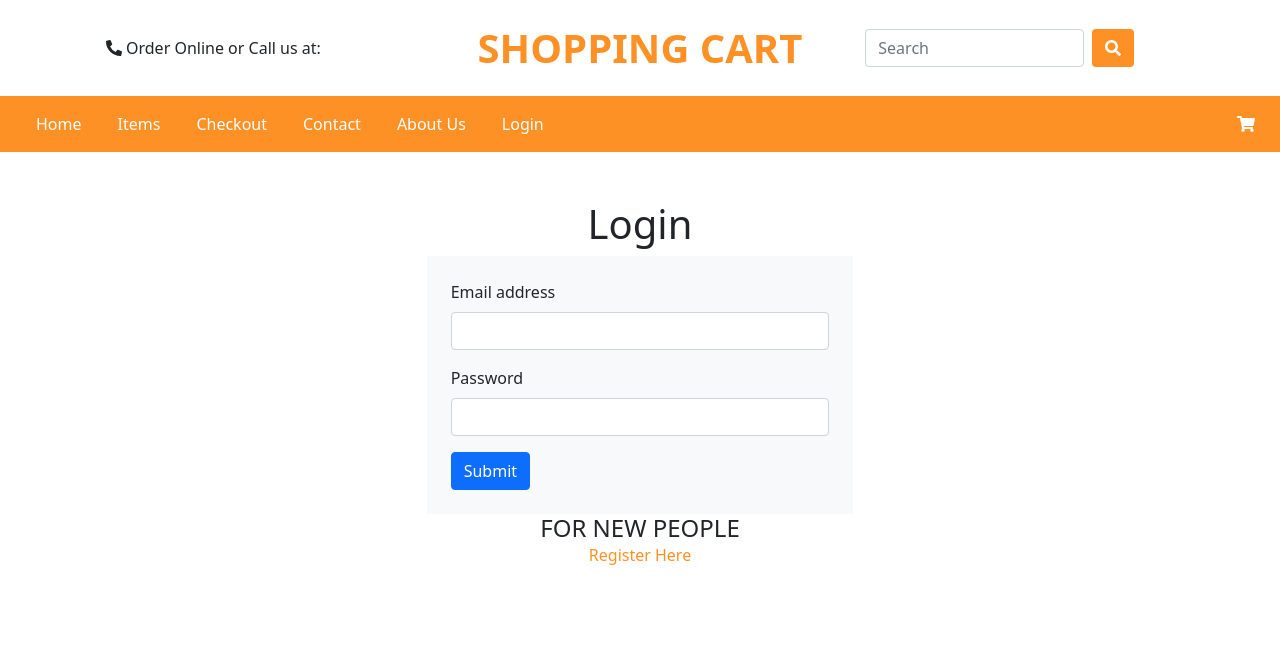
Repository: SaudCh/React-Ecommerce
Page: /login
These files come from the project's save history. The page is drawn as it stood at one moment and after the next save; the edit follows.
The browser window is 1280 px wide. The pictures show the whole page.
The project was rebuilt for these pictures with package versions that can differ from the ones it lists, and the page was loaded fresh each time. Also part of the build but not shown: src/App.css, src/Home/Carousel.jsx, src/Home/home.jsx.

Above is the page before, as saved 2021-12-05 19:20:05.

After the next save:
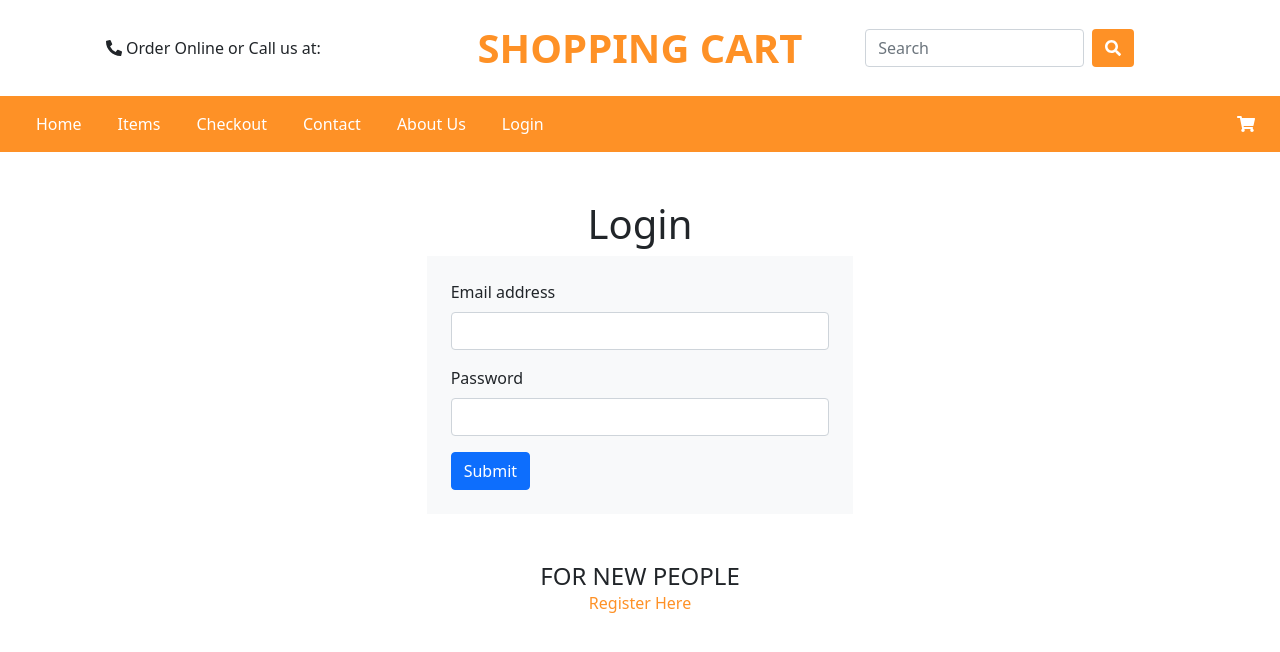
Saved 13 s later.
--- a/src/Login/Login.jsx
+++ b/src/Login/Login.jsx
@@ -29,7 +29,7 @@ export default function Login() {
           Submit
         </button>
       </form>
-      <p className="m-0 p-0 h4">FOR NEW PEOPLE</p>
+      <p className="m-0 p-0 h4 mt-5">FOR NEW PEOPLE</p>
       <Link
         to="/register"
         className="m-0 p-0 h6"
